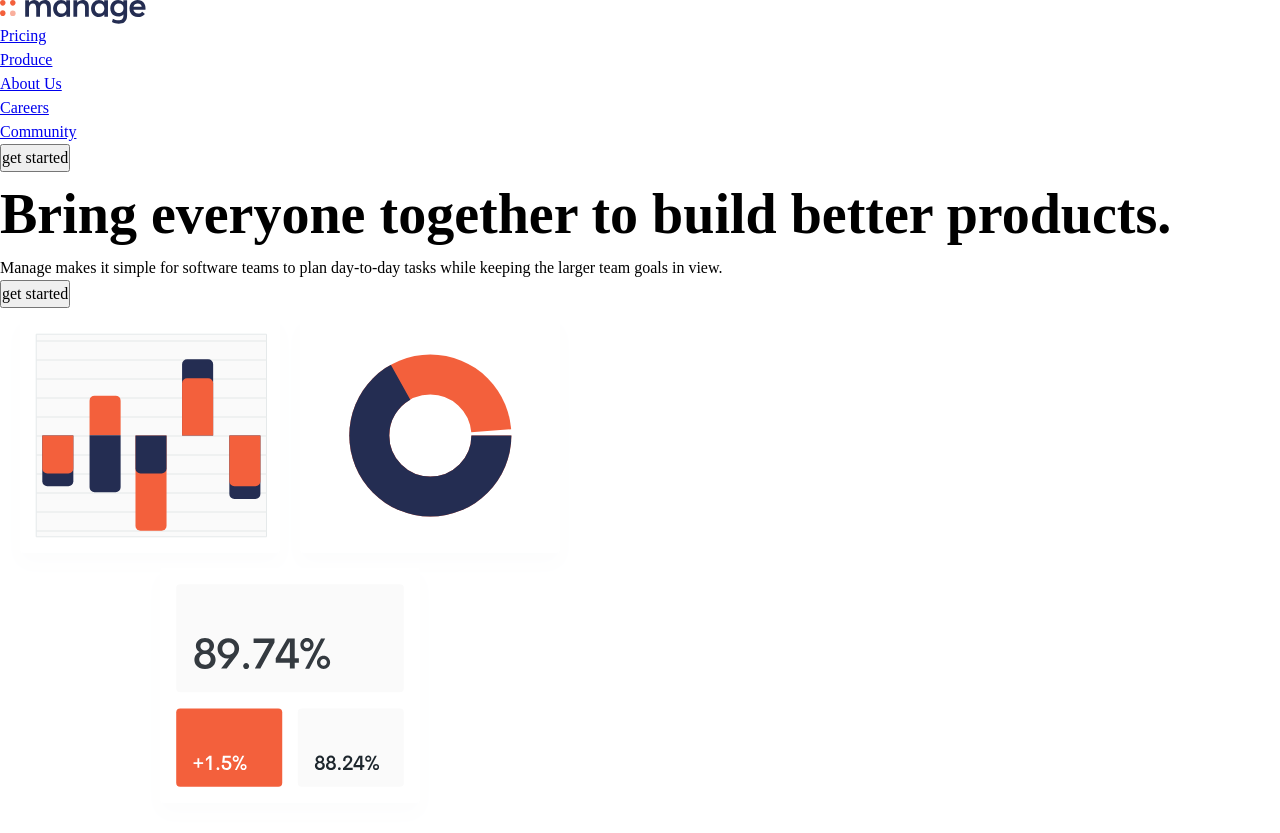
Repository: anthonybrown/website-practice
Page: index.html
The author's editor kept a copy of each file at every save. The page is drawn from the files as they stood at one save, then again after the next save.
The browser window is 1280 px wide. The pictures show the whole page.

Above is the page before, as saved 2023-04-18 09:30:52.

### index.html
<!DOCTYPE html>
<html lang="en">

<head>
  <meta charset="UTF-8" />
  <link rel="icon" type="image/svg+xml" href="/vite.svg" />
  <meta name="viewport" content="width=device-width, initial-scale=1.0" />
  <title>Vite App</title>
  <link rel="preconnect" href="https://fonts.googleapis.com">
  <link rel="preconnect" href="https://fonts.gstatic.com" crossorigin>
  <link href="https://fonts.googleapis.com/css2?family=Be+Vietnam+Pro:wght@400;500;700&display=swap" rel="stylesheet">
  <link rel="stylesheet" href="style.css">
</head>

<body>
  <header class="primary-header">
    <div class="container">
      <a href="#" rel="noopener noreferrer">
        <img src="images/logo.svg" alt="manage">
      </a>
      <nav class="primary-navigation">
        <ul role="list" class="nav-list">
          <li><a href="#">Pricing</a></li>
          <li><a href="#">Produce</a></li>
          <li><a href="#">About Us</a></li>
          <li><a href="#">Careers</a></li>
          <li><a href="#">Community</a></li>
        </ul>
      </nav>
      <button class="button">get started</button>
    </div>
  </header>

  <main>
    <section>
      <div class="container">
        <div class="even-columns">
          <div>
            <h1 class="fs-primary-heading fw-bold">
              Bring everyone together to build better products.
            </h1>
            <p>
              Manage makes it simple for software teams to plan day-to-day tasks while
              keeping the larger team goals in view.
            </p>
            <button class="button">get started</button>
          </div>
          <div>
            <img src="images/illustration-intro.svg" alt="">
          </div>
        </div>
      </div>
    </section>
  </main>

  <footer>

  </footer>

  <script type="module" src="/main.js"></script>
</body>

</html>

### style.css
:root {
  --clr-accent-400: hsl(12, 88%, 59%);
  --clr-accent-100: hsl(13, 100%, 96%);

  --clr-primary-400: hsl(228, 39%, 23%);

  --clr-neutral-100: hsl(232, 12%, 13%);
  --clr-neutral-900: hsl(0, 0%, 0%);

  --ff-primary: 'Be Vietnam Pro', sans-serif;

  --ff-body: var(--ff-primary);
  --ff-heading: var(--ff-primary);

  --fw-regular: 400;
  --fw-semi-bold: 500;
  --fw-bold: 700;

  --fs-300: 0.8125rem;
  --fs-400: 0.875rem;
  --fs-500: 0.9375rem;
  --fs-600: 1rem;
  --fs-700: 1.875rem;
  --fs-800: 2.5rem;
  --fs-900: 3.5rem;

  --fs-body: var(--fs-400);
  --fs-primary-heading: var(--fs-800);
  --fs-secondary-heading: var(--fs-700);
  --fs-nav: var(--fs-500);
  --fs-button: var(--fs-300);
}

@media (min-width: 50em) {
  :root {
    --fs-body: var(--fs-500);
    --fs-primary-heading: var(--fs-900);
    --fs-secondary-heading: var(--fs-800);

    --fs-nav: var(--fs-300);
  }
}

/* Box sizing rules */
*,
*::before,
*::after {
  box-sizing: border-box;
}

/* Remove default margin */

* {
  margin: 0;
  padding: 0;
  font: inherit;
}

/* Remove list styles on ul, ol elements with a list role, which suggests default styling will be removed */
ul[role='list'],
ol[role='list'] {
  list-style: none;
}

/* Set core root defaults */
html:focus-within {
  scroll-behavior: smooth;
}

html,
body {
  height: 100%;
}

/* Set core body defaults */
body {
  text-rendering: optimizeSpeed;
  line-height: 1.5;
}

/* A elements that don't have a class get default styles */
a:not([class]) {
  text-decoration-skip-ink: auto;
}

/* Make images easier to work with */
img,
svg,
picture {
  max-width: 100%;
  display: block;
}


/* Remove all animations, transitions and smooth scroll for people that prefer not to see them */
@media (prefers-reduced-motion: reduce) {
  html:focus-within {
    scroll-behavior: auto;
  }

  *,
  *::before,
  *::after {
    animation-duration: 0.01ms !important;
    animation-iteration-count: 1 !important;
    transition-duration: 0.01ms !important;
    scroll-behavior: auto !important;
  }
}

/* Utility Classes */

.text-primary-400 {
  color: var(--clr-primary-400)
}

.text-accent-400 {
  color: var(--clr-accent-400)
}

.text-neutral-100 {
  color: var(--clr-neutral-100)
}

.text-neutral-900 {
  color: var(--clr-neutral-900)
}

.bg-primary-400 {
  background-color: var(--clr-primary-400)
}

.bg-accent-400 {
  background-color: var(--clr-accent-400)
}

.bg-neutral-100 {
  background-color: var(--clr-neutral-100)
}

.bg-neutral-900 {
  background-color: var(--clr-neutral-900)
}

.fw-bold {
  font-weight: var(--fw-bold);
}

.fw-semi-bold {
  font-weight: var(--fw-semi-bold);
}

.fw-regular {
  font-weight: var(--fw-regular);
}


.fs-primary-heading {
  font-size: var(--fs-primary-heading);
}

.fs-secondary-heading {
  font-size: var(--fs-secondary-heading);
}

.fs-300 {
  font-size: var(--fs-300);
}

.fs-400 {
  font-size: var(--fs-400);
}

.fs-500 {
  font-size: var(--fs-500);
}

Loaded but not shown: main.js (empty)

After the next save:
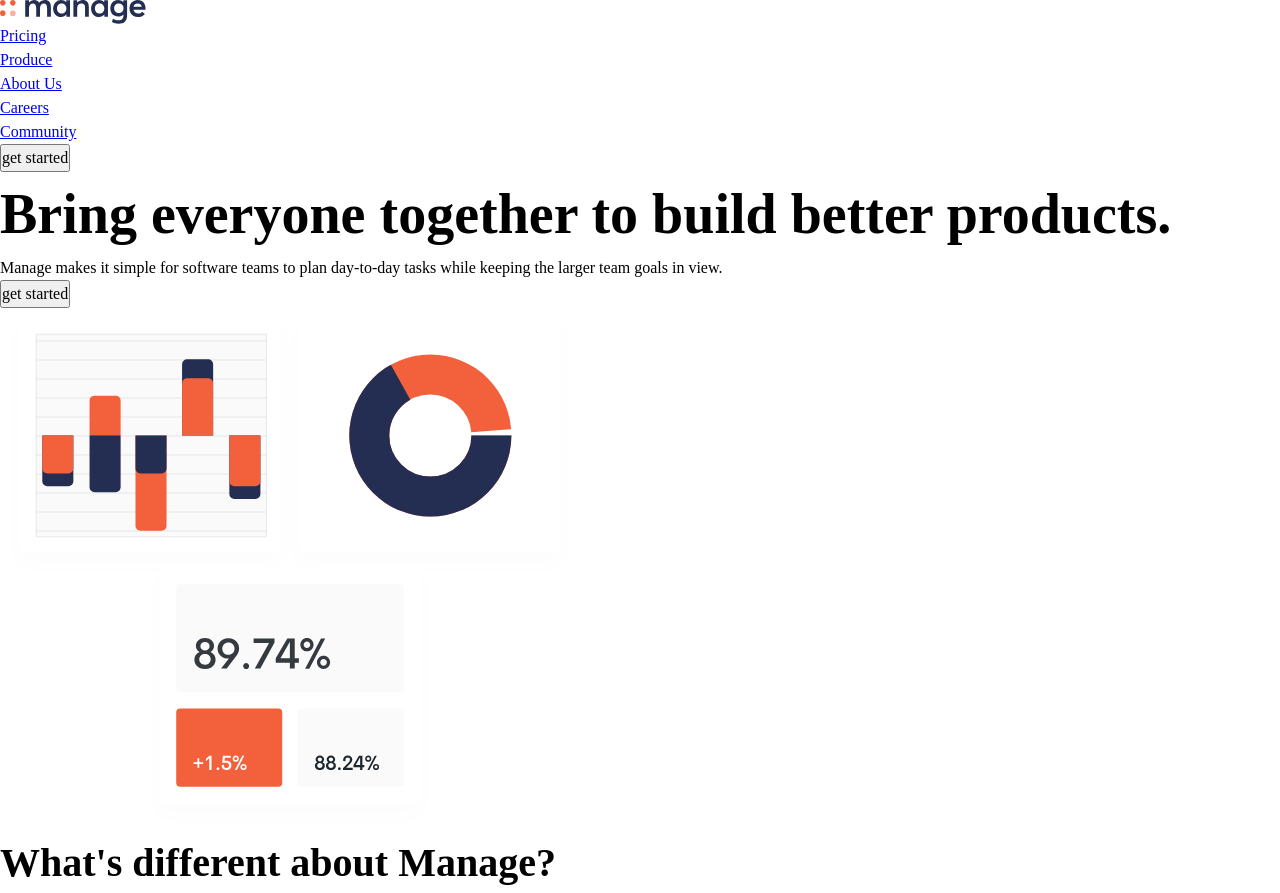
Saved 106 s later.
--- a/index.html
+++ b/index.html
@@ -51,6 +51,19 @@
         </div>
       </div>
     </section>
+
+    <section>
+      <div class="container">
+        <div class="even-columns">
+          <div>
+            <h2 class="fs-secondary-heading fw-bold">
+              What's different about Manage?
+            </h2>
+          </div>
+        </div>
+      </div>
+    </section>
+
   </main>
 
   <footer>
